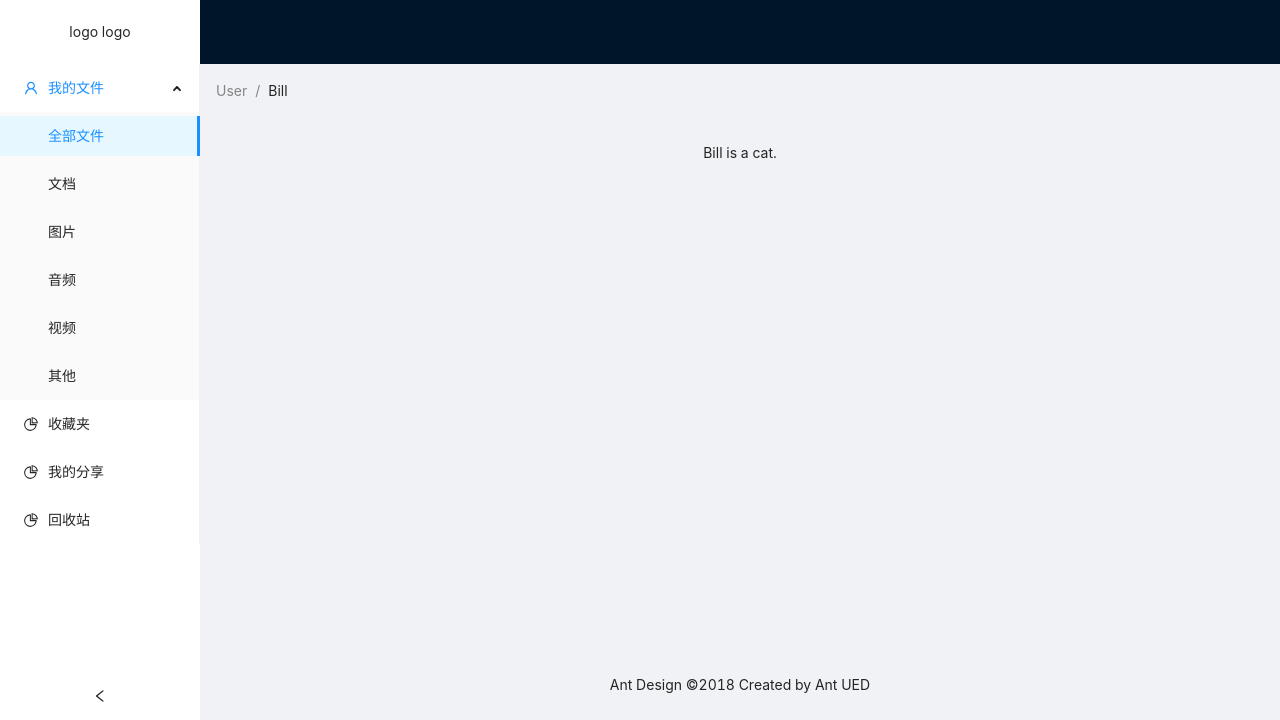
Repository: xstnet/starfire-cloud-fe
Page: /
An editor plug-in stored every save of this project. The page is shown before and after the next save, followed by the edit.
The browser window is 1280 px wide. The pictures show the whole page.
The project was rebuilt for these pictures with package versions that can differ from the ones it lists, and the page was loaded fresh each time.

Above is the page before, as saved 2021-09-12 16:57:58.

After the next save:
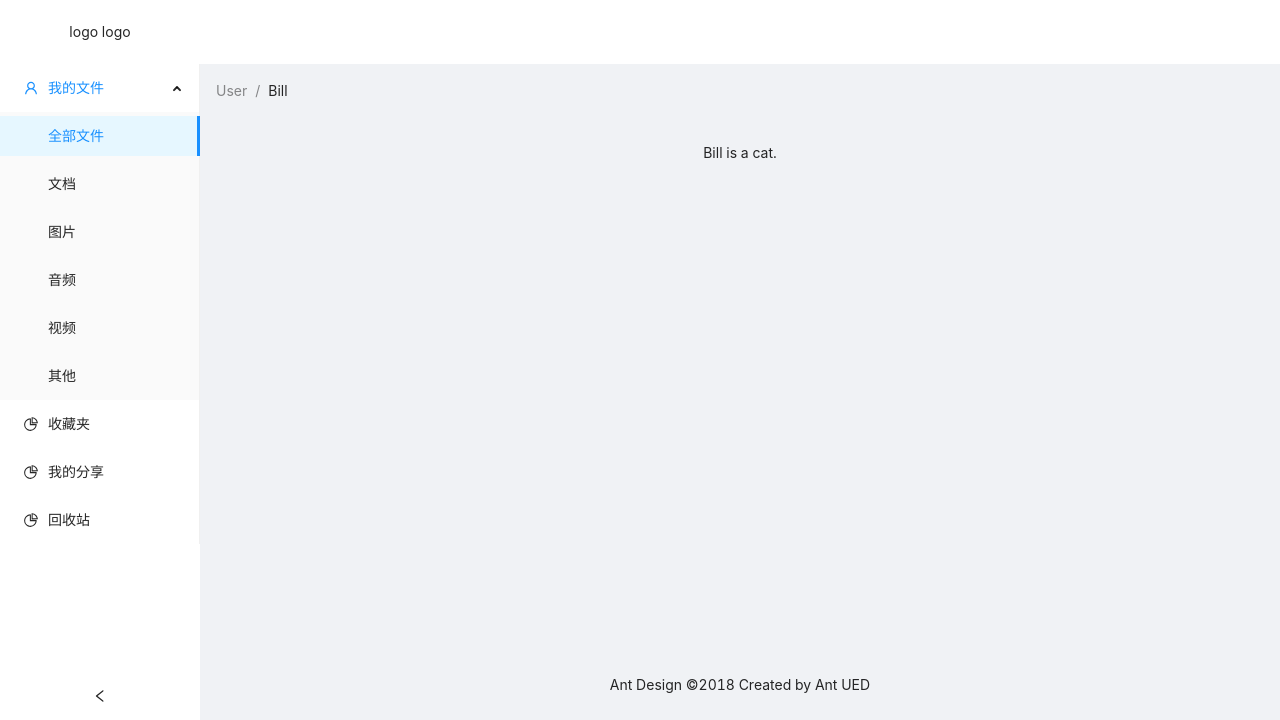
Saved 19 s later.
--- a/src/page/layout/main.css
+++ b/src/page/layout/main.css
@@ -4,6 +4,6 @@
     text-align: center;
   }
 
-  /* .site-layout .site-layout-background {
+  .header {
     background: #fff;
-  } */
+  }
